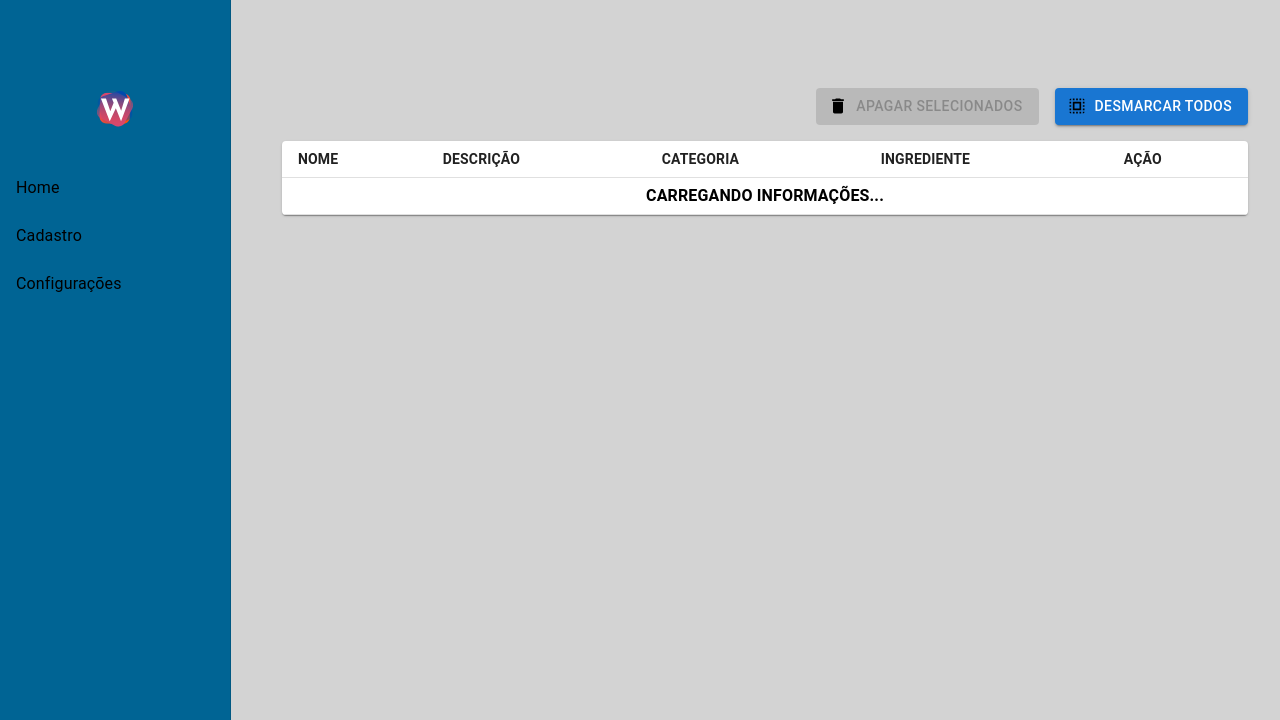
Repository: oZanella/projeto_windel_web_CRM
Page: /
These files come from the project's save history. The page is drawn as it stood at one moment and after a run of saves; the edit follows.
The browser window is 1280 px wide. The pictures show the whole page.
The page's requests for data from a server got no answer. The project was rebuilt for these pictures with package versions that can differ from the ones it lists, and the page was loaded fresh each time. No one was signed in, and anything a server would have sent is missing. Also part of the build but not shown: vite.config.js, src/routes/Configuracoes.jsx. Imported but missing from the stored project, and not drawn on this page: src/routes/Cadastro.jsx.

Above is the page before, as saved 2024-08-19 08:57:40.

After the next 5 saves:
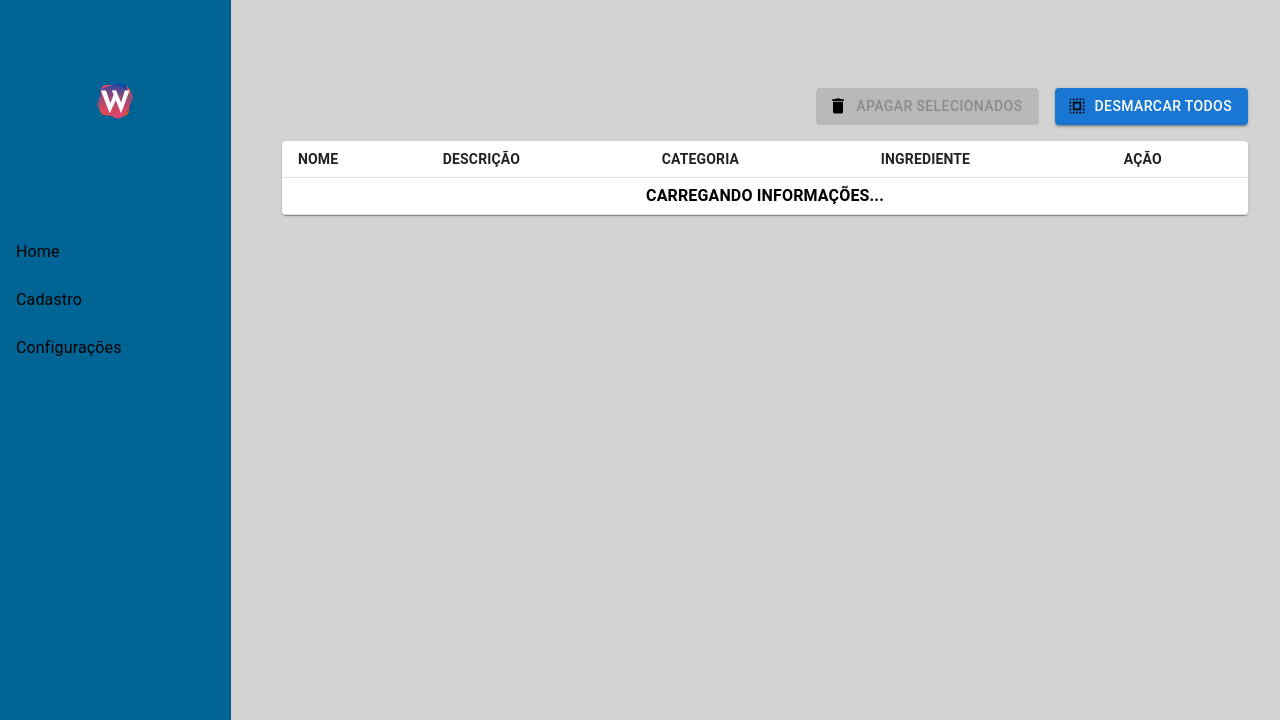
The 5 saves are shown as one change because they came seconds apart.
The last was saved 16 s later.
--- a/src/components/Header.jsx
+++ b/src/components/Header.jsx
@@ -107,7 +107,7 @@ export const Header = () => {
       >
         <Toolbar />
 
-        <Box sx={{ padding: 1, display: 'flex', flexDirection: 'column', alignItems: 'center' }}>
+        <Box sx={{ mb: 10, display: 'flex', flexDirection: 'column', alignItems: 'center' }}>
           <IconButton
             to={`/home`}
             sx={{ cursor: 'default' }}
